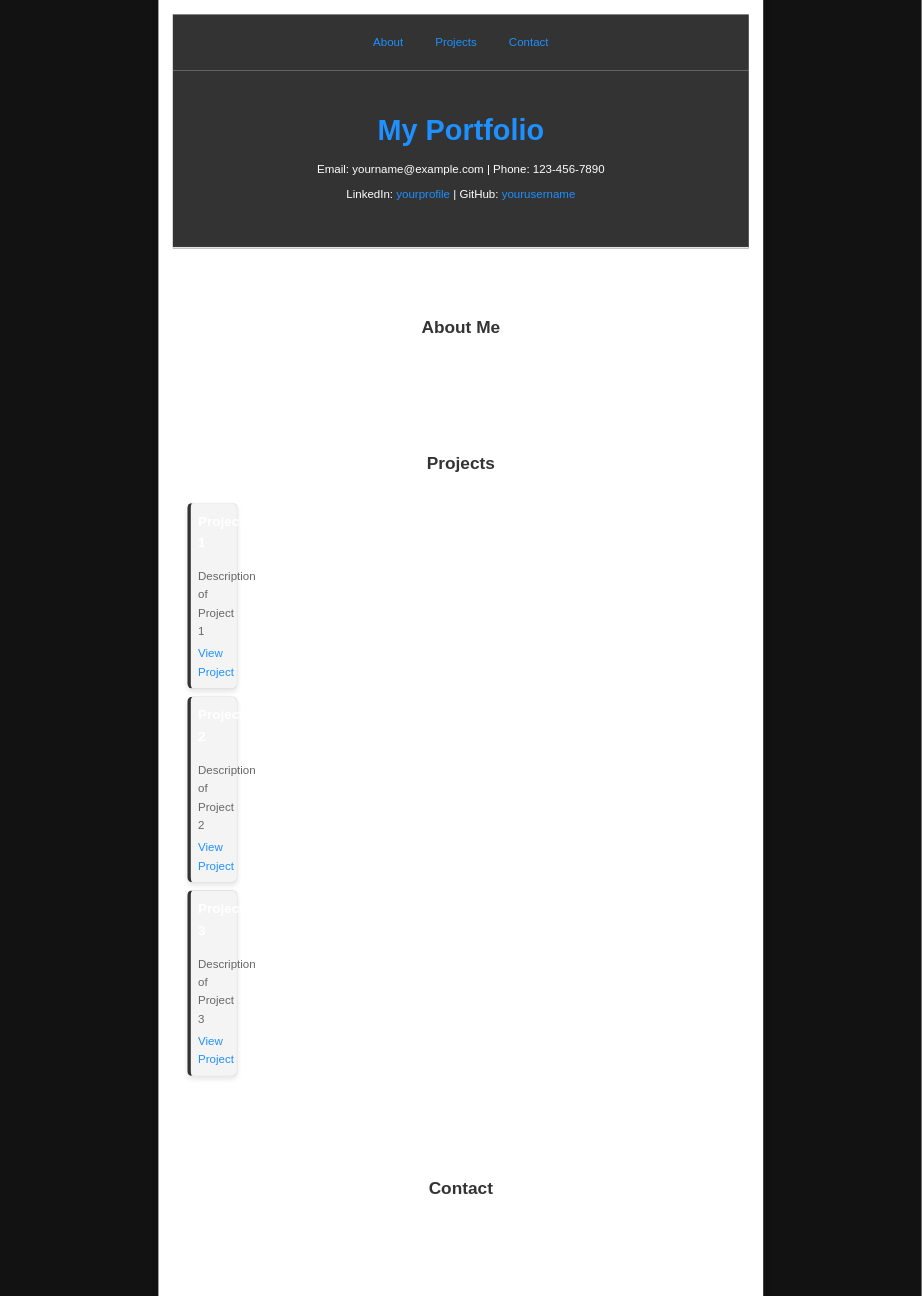
Repository: HoangDuck/portfolio
Page: index.html
An editor plug-in stored every save of this project. The page is shown before and after the next save, followed by the edit.
The browser window is 1280 px wide. The pictures show the whole page, at 72% of full size.

Above is the page before, as saved 2025-03-09 22:17:10.

After the next save:
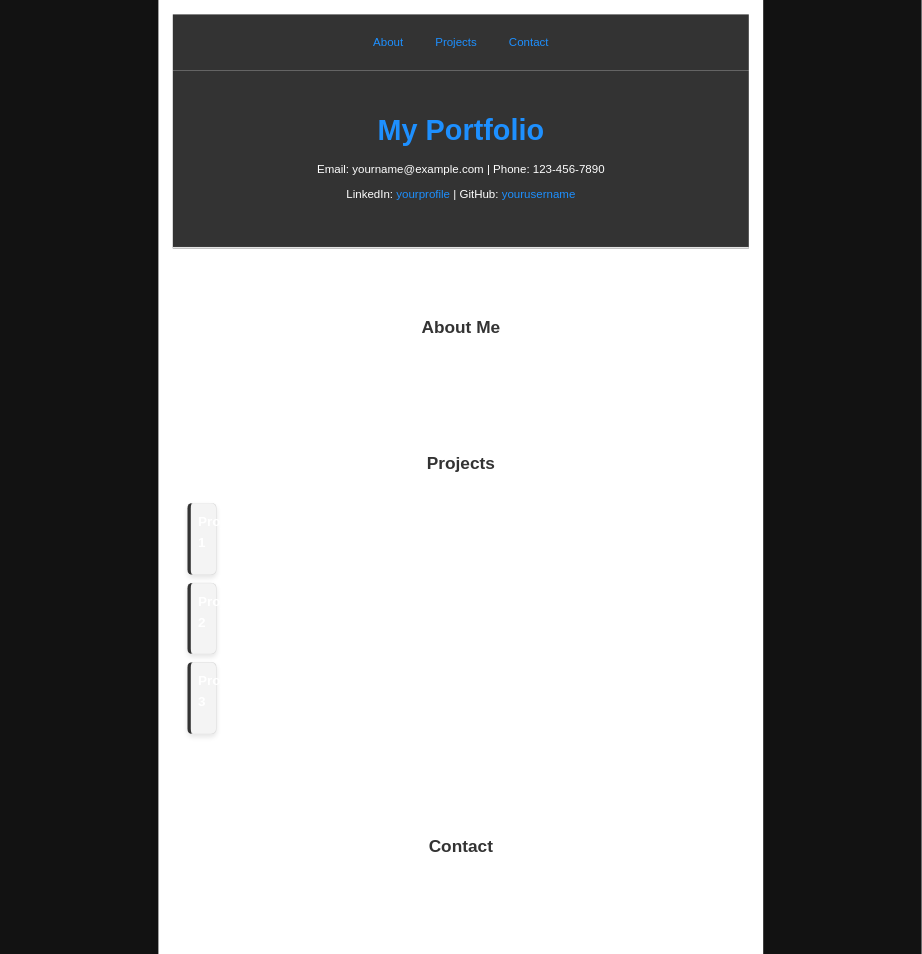
Saved 44 s later.
--- a/index.html
+++ b/index.html
@@ -33,18 +33,12 @@
                 <ul id="project-list">
                     <li class="project-item">
                         <h3>Project 1</h3>
-                        <p>Description of Project 1</p>
-                        <a href="https://example.com/project1">View Project</a>
                     </li>
                     <li class="project-item">
                         <h3>Project 2</h3>
-                        <p>Description of Project 2</p>
-                        <a href="https://example.com/project2">View Project</a>
                     </li>
                     <li class="project-item">
                         <h3>Project 3</h3>
-                        <p>Description of Project 3</p>
-                        <a href="https://example.com/project3">View Project</a>
                     </li>
                 </ul>
             </div>
